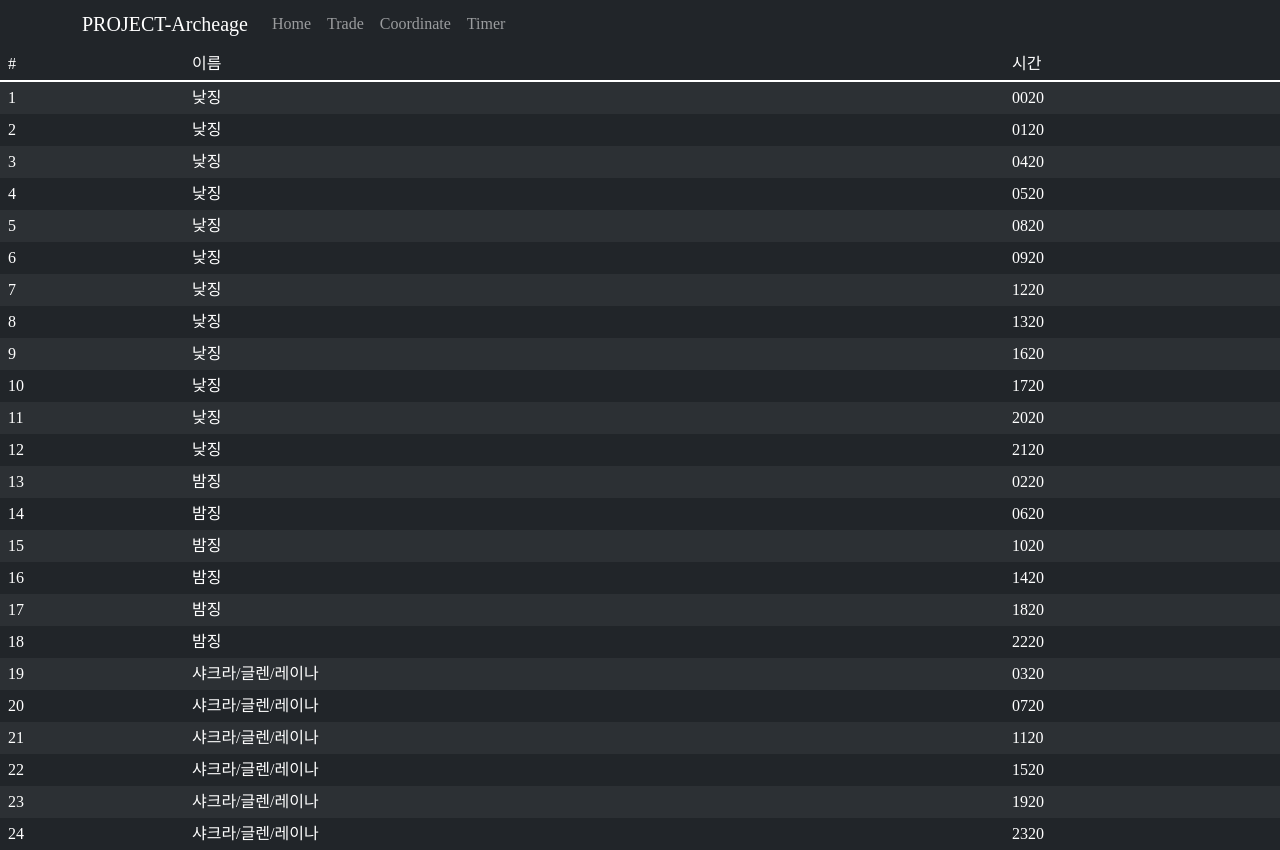
Repository: minsang98/project-archeage
Page: /timer
An editor plug-in stored every save of this project. The page is shown before and after the next save, followed by the edit.
The browser window is 1280 px wide. The pictures show the whole page.
The project was rebuilt for these pictures with package versions that can differ from the ones it lists, and the page was loaded fresh each time. Imported but missing from the stored project, and not drawn on this page: src/components/Timer/lol.mp3.

Above is the page before, as saved 2022-01-10 23:14:11.

### src/components/Navigation.js
import React from 'react';
import { Navbar, Container, Nav } from 'react-bootstrap';
import { Link } from 'react-router-dom';

const Navigation = () => {
  return (
    /* NAVIGATION COMPONENT */
    <Navbar bg="dark" variant="dark">
      <Container>
        <Navbar.Brand href="#home">PROJECT-Archeage</Navbar.Brand>
        <Nav className="me-auto">
          <Nav.Link to="/" as={Link}>
            Home
          </Nav.Link>
          <Nav.Link to="/trade" as={Link}>
            Trade
          </Nav.Link>
          <Nav.Link to="/coordinate" as={Link}>
            Coordinate
          </Nav.Link>
          <Nav.Link to="/timer" as={Link}>
            Timer
          </Nav.Link>
        </Nav>
      </Container>
    </Navbar>
  );
};

export default Navigation;

### src/components/Loading.js
import React from 'react';
import { Spinner } from 'react-bootstrap';

const Loading = () => {
  return (
    /* LOADING COMPONENT */
    <Spinner animation="border" role="status">
      <span className="visually-hidden">Loading...</span>
    </Spinner>
  );
};

export default Loading;

### src/container/TimerContainer.js
import React from 'react';

import Timer from '../components/Timer/Timer';

const TimerContainer = () => {
  return (
    <div>
      <Timer />
    </div>
  );
};

export default TimerContainer;

### src/components/Timer/Timer.js
import React from 'react';
import styled from 'styled-components';

import sound from './lol.mp3';
import schedule from './schedule.js';

import { Table } from 'react-bootstrap';

// const
const Timer = () => {
  const audio = new Audio(sound);
  // audio.play();
  const cr = schedule
    .filter((v) => v.name === '낮징')[0]
    .time.map((v) => {
      return { name: '낮징', time: v };
    });
  const gr = schedule
    .filter((v) => v.name === '밤징')[0]
    .time.map((v) => {
      return { name: '밤징', time: v };
    });
  const raid = schedule
    .filter((v) => v.name === '샤크라/글렌/레이나')[0]
    .time.map((v) => {
      return { name: '샤크라/글렌/레이나', time: v };
    });
  const riftRaid = [...cr, ...gr, ...raid];
  riftRaid.sort((a, b) => b.itme - a.time);
  console.log(riftRaid);
  return (
    <div>
      <Table striped bordered hover variant="dark">
        <thead>
          <tr>
            <th>#</th>
            <th>이름</th>
            <th>시간</th>
          </tr>
        </thead>
        <tbody>
          {riftRaid.map((v, i) => (
            <tr key={i}>
              <td>{i + 1}</td>
              <td>{v.name}</td>
              <td>{v.time}</td>
            </tr>
          ))}
        </tbody>
      </Table>
    </div>
  );
};

export default Timer;

### src/components/Timer/schedule.js
/* eslint-disable import/no-anonymous-default-export */
export default [
  {
    id: 0,
    name: '낮징',
    location: ['이니스테르', '십자별 평원', '태양의 들녘'],
    compensation: [],
    time: [
      '0020',
      '0120',
      '0420',
      '0520',
      '0820',
      '0920',
      '1220',
      '1320',
      '1620',
      '1720',
      '2020',
      '2120',
    ],
  },
  {
    id: 1,
    name: '밤징',
    location: ['이니스테르', '십자별 평원'],
    compensation: [],
    time: ['0220', '0620', '1020', '1420', '1820', '2220'],
  },
  {
    id: 2,
    name: '샤크라/글렌/레이나',
    location: ['심연의 입구', '태양의 들녘'],
    compensation: [],
    time: ['0320', '0720', '1120', '1520', '1920', '2320'],
  },
  {
    id: 3,
    name: '황금 평원',
    location: ['인스턴스 / 세력전'],
    compensation: [],
    time: ['0130', '1430', '2030'],
  },
  {
    id: 4,
    name: '붉은 용',
    location: ['인스턴스 / 공격대'],
    compensation: [],
    time: ['0200', '1515', '2115'],
  },
  {
    id: 5,
    name: '카둠',
    location: ['인스턴스 / 공격대'],
    compensation: [],
    time: ['0200', '1515', '2115'],
  },
  // { id: 1, name: '낮징', location: ['이니스테르, 십자별 평원'], time: ['0020'] },
  // { id: 2, name: '낮징', location: ['태양의 들녘'], time: ['0120'] },
  // { id: 3, name: '세력 명예의 전장', location: ['인스턴스'], time: ['0130'] },
  // { id: 3, name: '용/카둠', location: ['인스턴스'], time: ['0200'] },
  // { id: 4, name: '밤징', location: ['이니스테르, 십자별 평원'], time: ['0220'] },
  // { id: 5, name: '샤크라/글렌/레이나', location: ['심연의 입구, 태양의 들녘'], time: ['0320'] },
  // { id: 6, name: '낮징', location: ['이니스테르, 십자별 평원'], time: ['0420'] },
  // { id: 7, name: '낮징', location: ['태양의 들녘'], time: ['0520'] },
  // { id: 8, name: '밤징', location: ['이니스테르, 십자별 평원'], time: ['0620'] },
  // { id: 9, name: '샤크라/글렌/레이나', location: ['심연의 입구, 태양의 들녘'], time: ['0720'] },
];

Loaded but not shown: public/index.html (common file); src/index.js (common file); src/index.css (common file); src/App.js (common file); src/reportWebVitals.js (common file); src/App.css (common file)

After the next save:
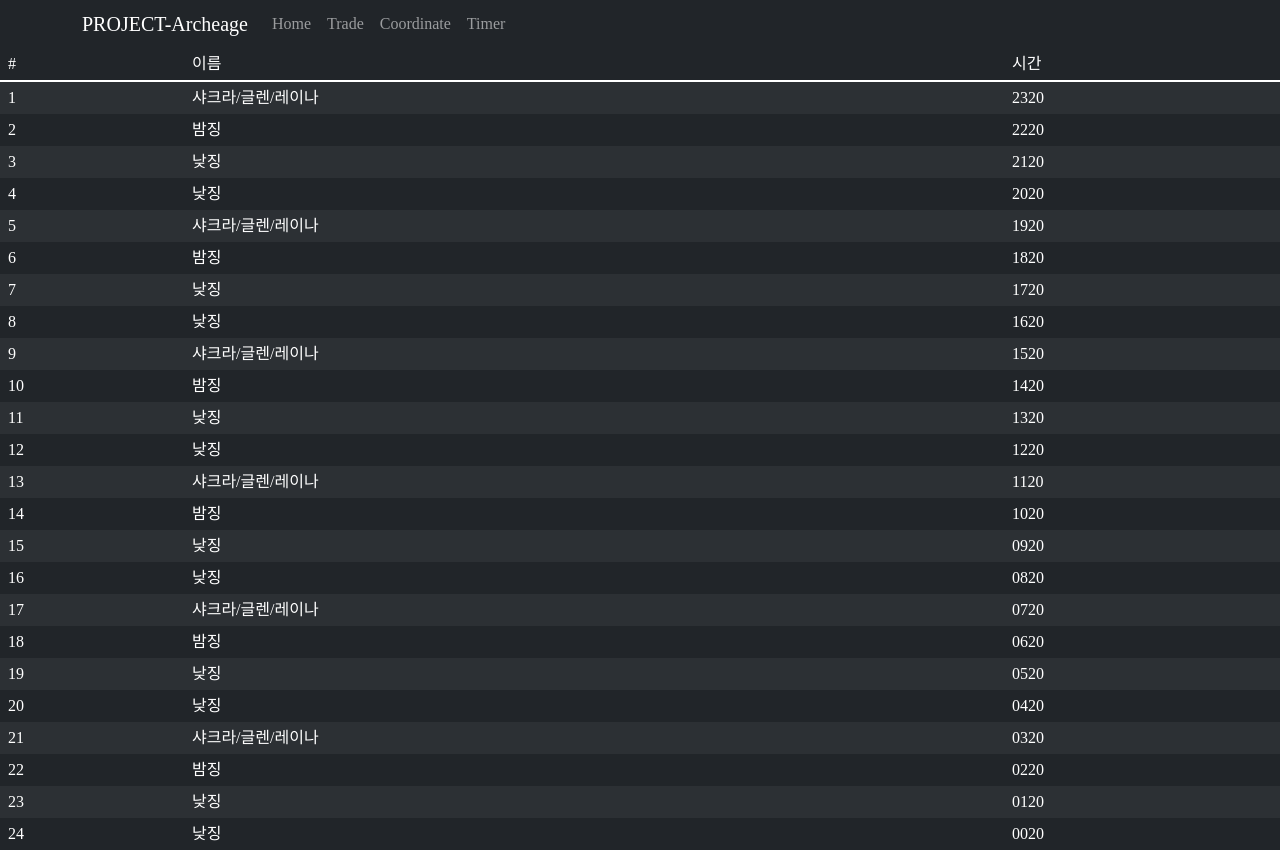
Saved 10 s later.
--- a/src/components/Timer/Timer.js
+++ b/src/components/Timer/Timer.js
@@ -26,7 +26,7 @@ const Timer = () => {
       return { name: '샤크라/글렌/레이나', time: v };
     });
   const riftRaid = [...cr, ...gr, ...raid];
-  riftRaid.sort((a, b) => b.itme - a.time);
+  riftRaid.sort((a, b) => b.time - a.time);
   console.log(riftRaid);
   return (
     <div>
